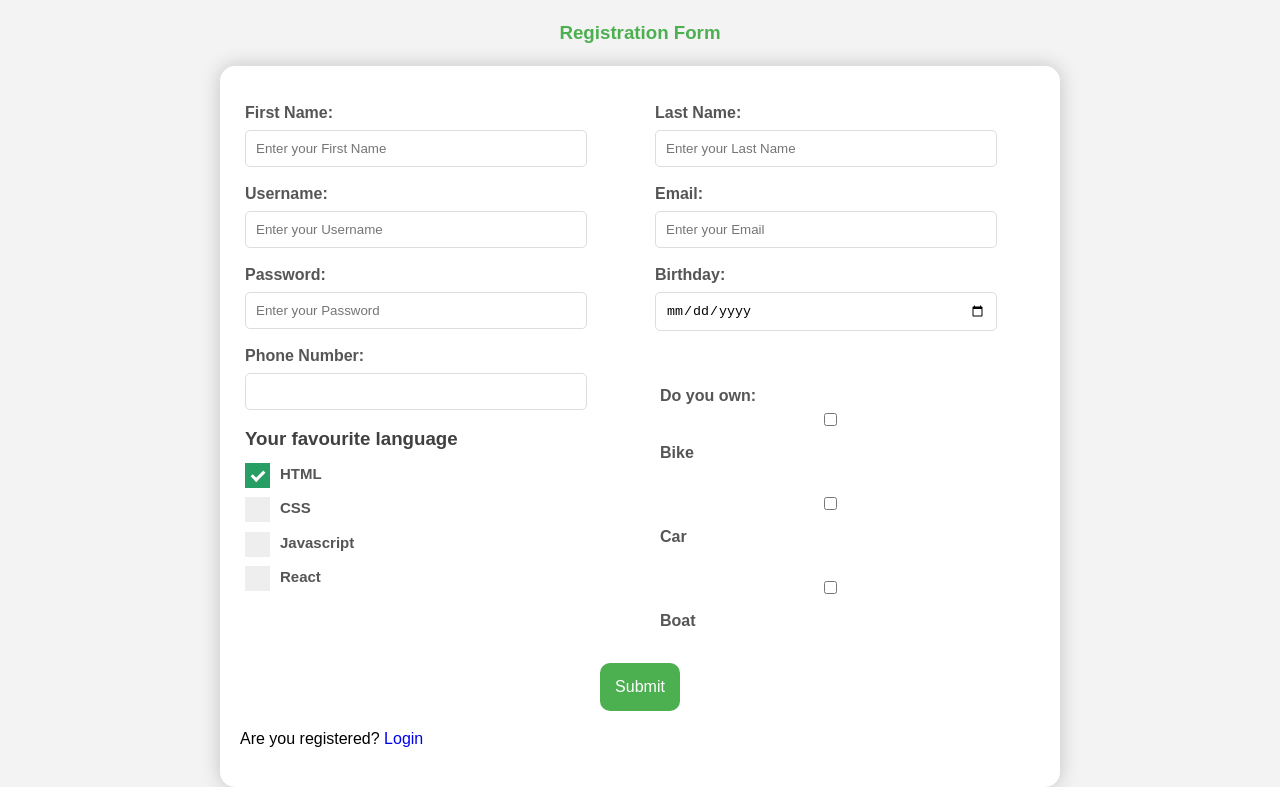
Repository: alizey12/Regestratin-Form-js
Page: regester.html
These files come from the project's save history. The page is drawn as it stood at one moment and after the next save; the edit follows.
The browser window is 1280 px wide. The pictures show the whole page.

Above is the page before, as saved 2024-11-29 18:52:02.

### regester.html
<!DOCTYPE html>
<html lang="en">
<head>
    <meta charset="UTF-8">
    <meta name="viewport" content="width=device-width, initial-scale=1.0">
    <link rel="stylesheet" href="regester.css">
    <title>Registration Form</title>
</head>
<body>
    <h3>Registration Form</h3>
    <div class="main">
        <form action="">
            <div class="grid-container">
                <div>
                    <label for="first">First Name:</label>
                    <input type="text" id="first" name="first" placeholder="Enter your First Name" required>

                    <label for="username">Username:</label>
                    <input type="text" id="username" name="username" placeholder="Enter your Username" required>

                    <label for="password">Password:</label>
                    <input type="password" id="password" name="password" placeholder="Enter your Password" required>

                    <label for="quantity">Phone Number:</label>
                    <input type="number" id="quantity" name="quantity" min="1" max="15">

                    <h3 class="heading">Your favourite language</h3>
                    <label class="container">HTML
                        <input type="checkbox" checked="checked">
                        <span class="checkmark"></span>
                      </label>

                      <label class="container">CSS
                        <input type="checkbox">
                        <span class="checkmark"></span>
                      </label>

                      <label class="container">Javascript
                        <input type="checkbox">
                        <span class="checkmark"></span>
                      </label>

                      <label class="container">React
                        <input type="checkbox">
                        <span class="checkmark"></span>
                      </label>


                </div>
                <div>
                    <label for="second">Last Name:</label>
                    <input type="text" id="second" name="second" placeholder="Enter your Last Name" required>

                    <label for="email">Email:</label>
                    <input type="email" id="email" name="email" placeholder="Enter your Email" required>

                    <label for="birthday">Birthday:</label>
                    <input type="date" id="birthday" name="birthday">
                    <div class="gen-rad">
                        <label>Do you own:</label>
                        <input type="checkbox" id="vehicle1" name="vehicle1" value="Bike">
                        <label for="vehicle1">Bike</label><br>
                        <input type="checkbox" id="vehicle2" name="vehicle2" value="Car">
                        <label for="vehicle2">Car</label><br>
                        <input type="checkbox" id="vehicle3" name="vehicle3" value="Boat">
                        <label for="vehicle3">Boat</label>
                    </div>

                </div>
            </div>
            <div class="wrap">
                <button type="submit">Submit</button>
            </div>
        </form>
        <p>Are you registered?
            <a href="signin.html" style="text-decoration: none;">Login</a>
        </p>
    </div>
</body>
</html>

### regester.css
body {
    display: flex;
    align-items: center;
    justify-content: center;
    font-family: sans-serif;
    line-height: 1.5;
    min-height: 100vh;
    background: #f3f3f3;
    flex-direction: column;
    margin: 0;
}

.main {
    background-color: #fff;
    border-radius: 15px;
    box-shadow: 0 0 20px rgba(0, 0, 0, 0.2);
    padding: 20px;
    transition: transform 0.2s;
    width: 800px;
}

h3 {
    color: #4CAF50;
    text-align: center;
}

label {
    display: block;
    margin-top: 10px;
    margin-bottom: 5px;
    text-align: left;
    color: #555;
    font-weight: bold;
}

input {
    display: block;
    width: 90%;
    margin-bottom: 15px;
    padding: 10px;
    box-sizing: border-box;
    border: 1px solid #ddd;
    border-radius: 5px;
}

button {
    padding: 15px;
    border-radius: 10px;
    margin-top: 15px;
    border: none;
    color: white;
    cursor: pointer;
    background-color: #4CAF50;
    font-size: 16px;
}

.wrap {
    display: flex;
    justify-content: center;
    align-items: center;
}

.grid-container {
    display: grid;

    grid-template-columns: 1fr 1fr;
    gap: 20px;
}

.grid-container div {
    padding: 5px;
}


/* Customize the label (the container) */
.container {
    display: block;
    position: relative;
    padding-left: 35px;
    margin-bottom: 12px;
    cursor: pointer;
    font-size: 15px;
    -webkit-user-select: none;
    -moz-user-select: none;
    -ms-user-select: none;
    user-select: none;
  }
  .gen-rad{
    margin-top: 10%;
  }
  /* Hide the browser's default checkbox */
  .container input {
    position: absolute;
    opacity: 0;
    cursor: pointer;
    height: 0;
    width: 0;
  }
  .heading{
    color: rgb(65, 63, 63);
    display: contents;
  padding: 5px;
  }
  /* Create a custom checkbox */
  .checkmark {
    position: absolute;
    top: 0;
    left: 0;
    height: 25px;
    width: 25px;
    background-color: #eee;
  }

  /* On mouse-over, add a grey background color */
  .container:hover input ~ .checkmark {
    background-color: #ccc;
  }

  /* When the checkbox is checked, add a blue background */
  .container input:checked ~ .checkmark {
    background-color: #279e63;
  }

  /* Create the checkmark/indicator (hidden when not checked) */
  .checkmark:after {
    content: "";
    position: absolute;
    display: none;
  }

  /* Show the checkmark when checked */
  .container input:checked ~ .checkmark:after {
    display: block;
  }

  /* Style the checkmark/indicator */
  .container .checkmark:after {
    left: 9px;
    top: 5px;
    width: 5px;
    height: 10px;
    border: solid white;
    border-width: 0 3px 3px 0;
    -webkit-transform: rotate(45deg);
    -ms-transform: rotate(45deg);
    transform: rotate(45deg);
  }

After the next save:
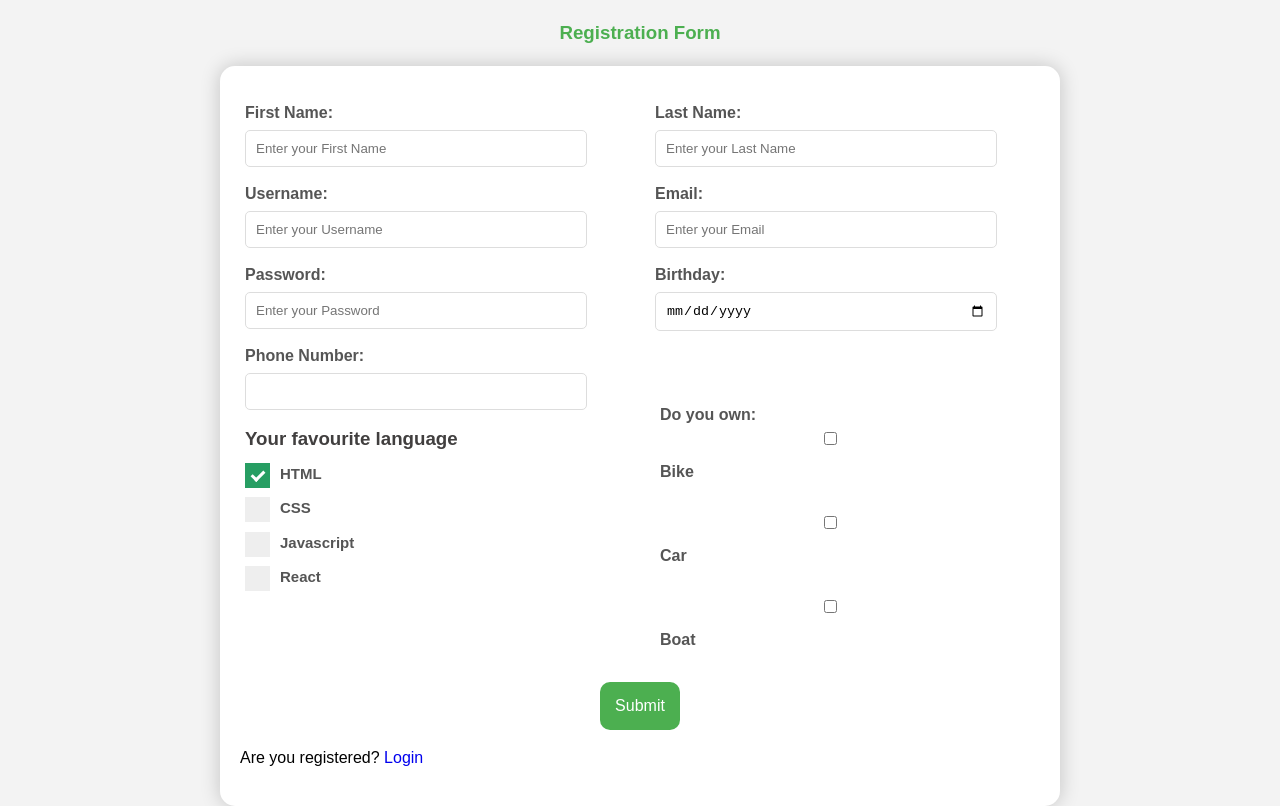
Saved 10 s later.
--- a/regester.css
+++ b/regester.css
@@ -86,7 +86,7 @@ button {
     user-select: none;
   }
   .gen-rad{
-    margin-top: 10%;
+    margin-top: 15%;
   }
   /* Hide the browser's default checkbox */
   .container input {
